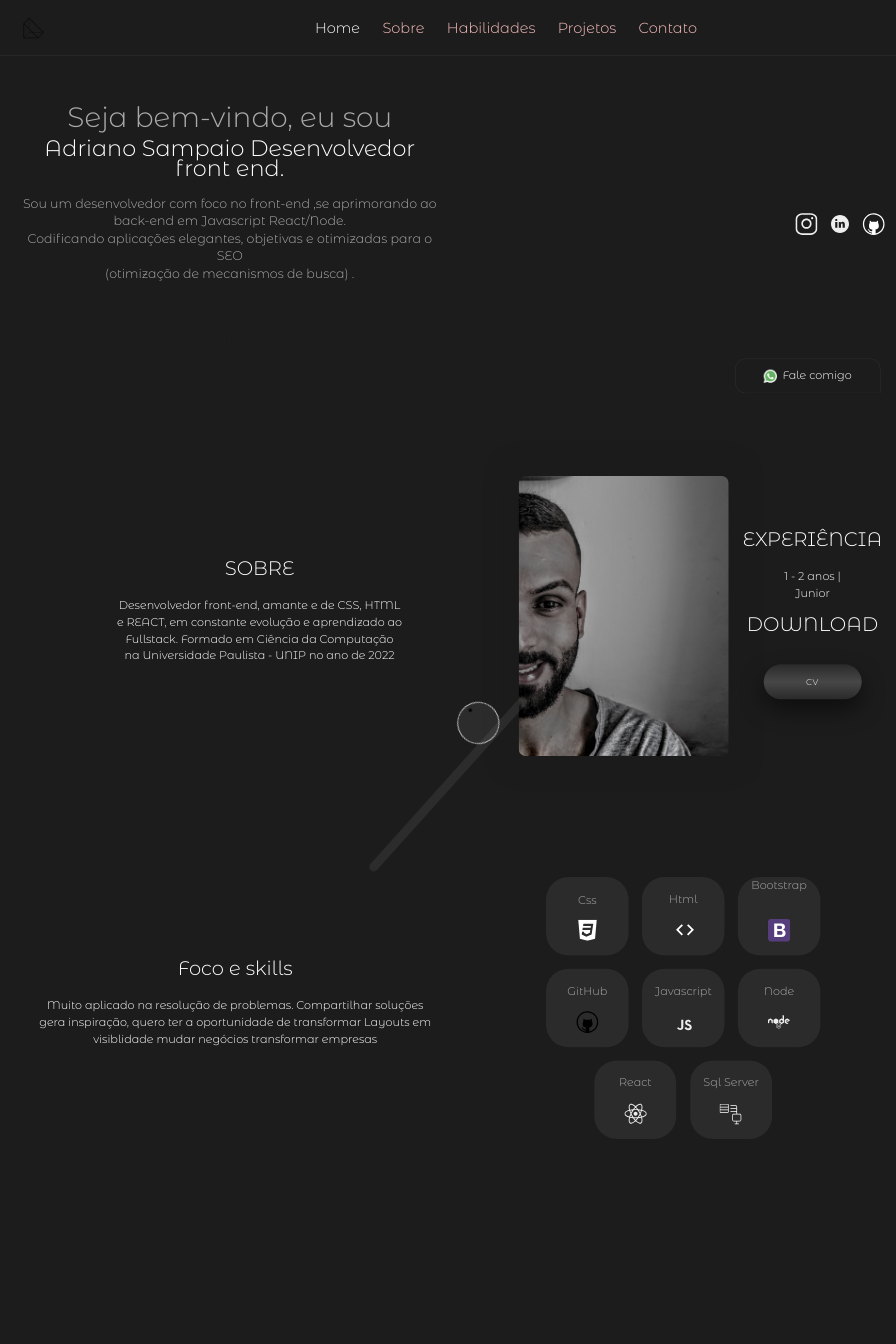
Repository: adrianodisam/NovoPortifolio
Page: /
These files come from the project's save history. The page is drawn as it stood at one moment and after the next save; the edit follows.
The browser window is 1280 px wide. The pictures show the part of the page from y = 0 to 1920 px (the page is 3024 px tall), at 70% of full size.
The project was rebuilt for these pictures with package versions that can differ from the ones it lists, and the page was loaded fresh each time. Imported but missing from the stored project, and not drawn on this page: src/componentes/Download/Adriano.pdf.

Above is the page before, as saved 2024-11-02 16:36:10.

After the next save:
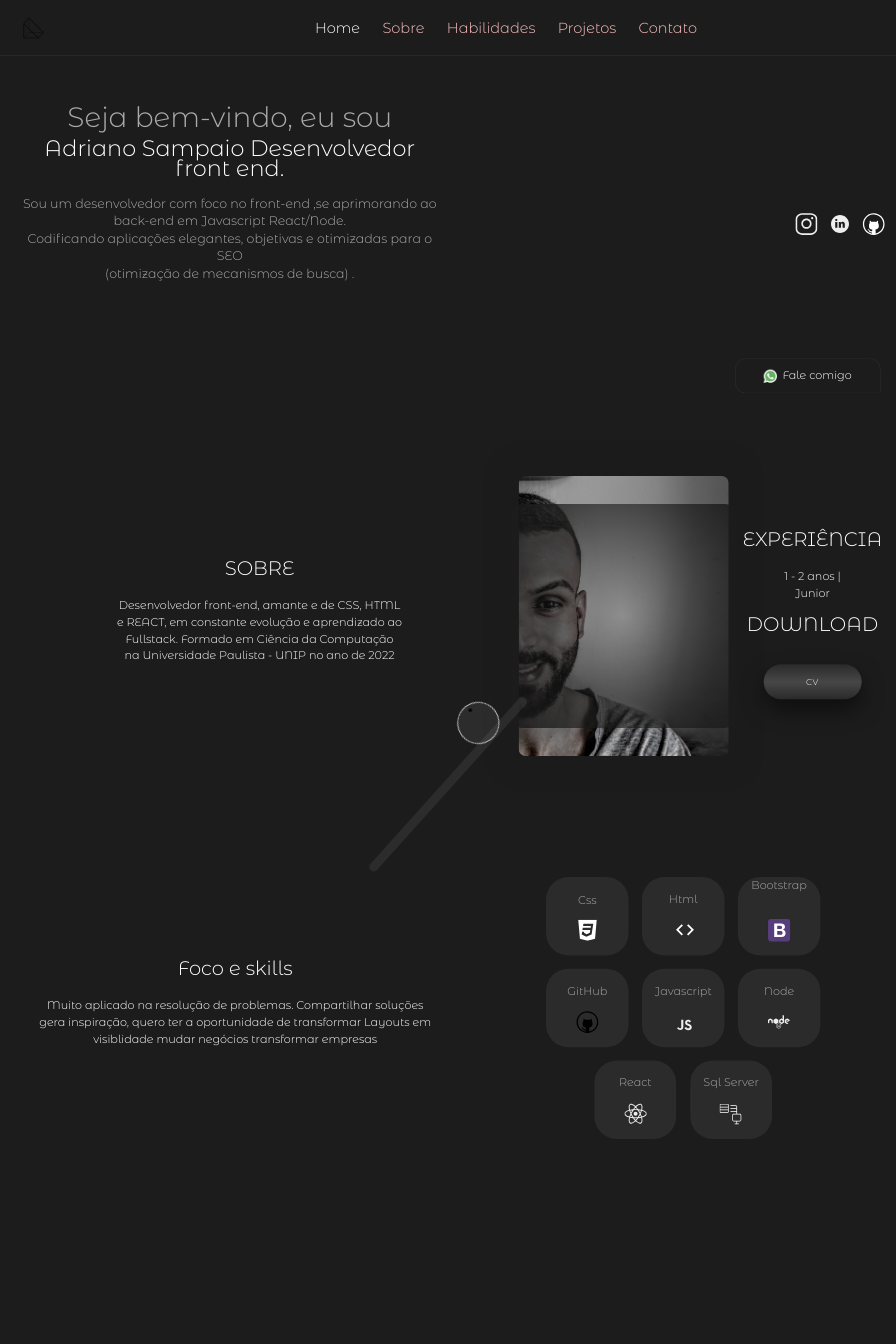
Saved 77 s later.
--- a/src/componentes/FotoSobre/FotoSobre.module.css
+++ b/src/componentes/FotoSobre/FotoSobre.module.css
@@ -18,6 +18,16 @@
   border-radius: 10px; /* Raio para bordas arredondadas */
   box-shadow: 0 0 30px 15px rgba(28, 28, 28, 0.8); /* Sombra esfumaçada */
 }
+/* Adiciona o efeito esfumaçado ao redor da imagem */
+.Container::before {
+  content: '';
+  position: absolute;
+  width: 320px; /* Um pouco maior que a imagem para o efeito de borda */
+  height: 320px;
+  background: radial-gradient(circle, transparent, rgba(28, 28, 28, 0.9));
+  border-radius: 15px;
+  z-index: 0;
+}
 
 
 

After the save that followed:
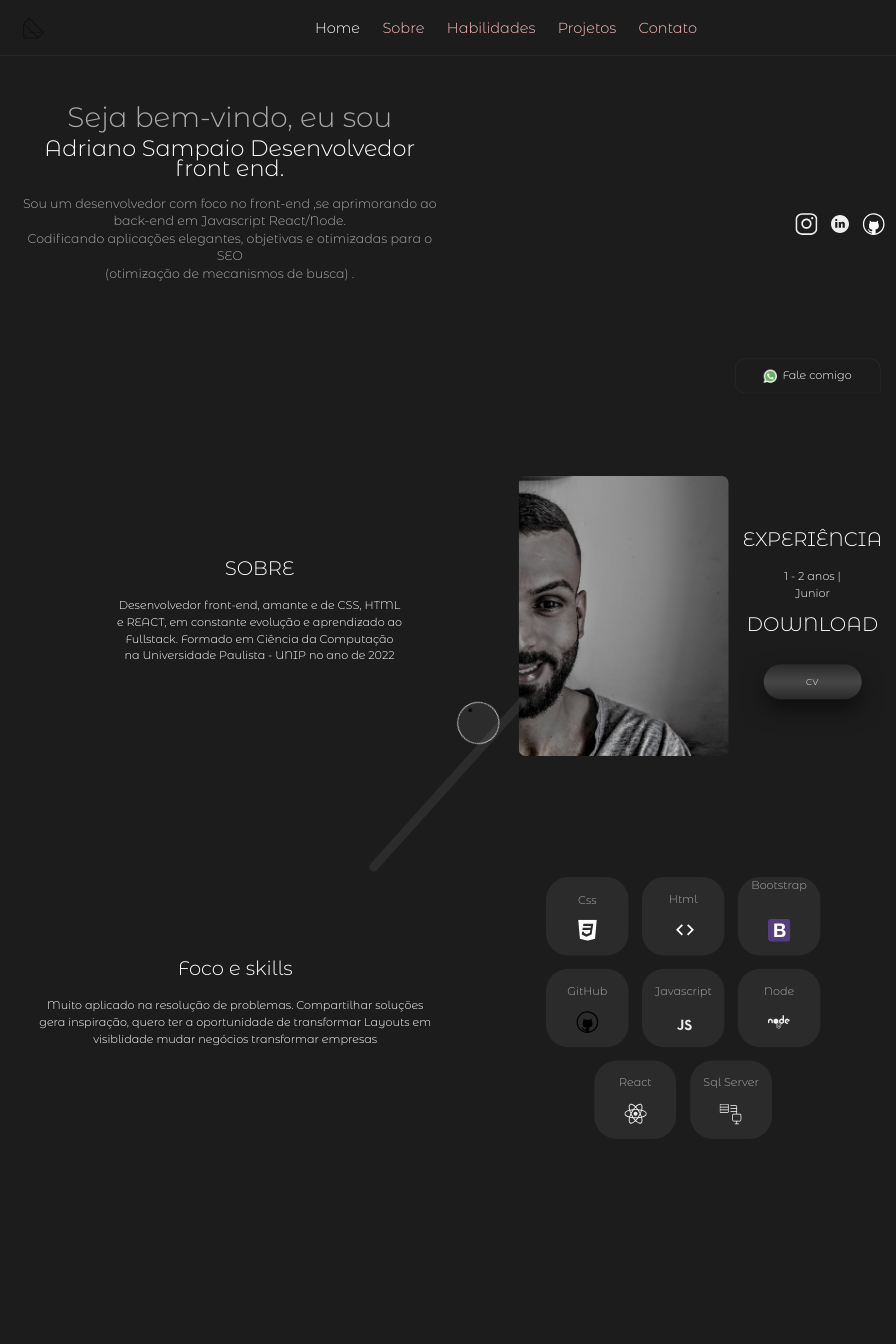
Saved 28 s later.
--- a/src/componentes/FotoSobre/FotoSobre.module.css
+++ b/src/componentes/FotoSobre/FotoSobre.module.css
@@ -16,7 +16,7 @@
   height: 400px; /* Ajuste o tamanho conforme necessário */
   object-fit: cover;
   border-radius: 10px; /* Raio para bordas arredondadas */
-  box-shadow: 0 0 30px 15px rgba(28, 28, 28, 0.8); /* Sombra esfumaçada */
+  background: radial-gradient(circle, transparent, rgba(28, 28, 28, 0.9));
 }
 /* Adiciona o efeito esfumaçado ao redor da imagem */
 .Container::before {
@@ -24,7 +24,7 @@
   position: absolute;
   width: 320px; /* Um pouco maior que a imagem para o efeito de borda */
   height: 320px;
-  background: radial-gradient(circle, transparent, rgba(28, 28, 28, 0.9));
+
   border-radius: 15px;
   z-index: 0;
 }
